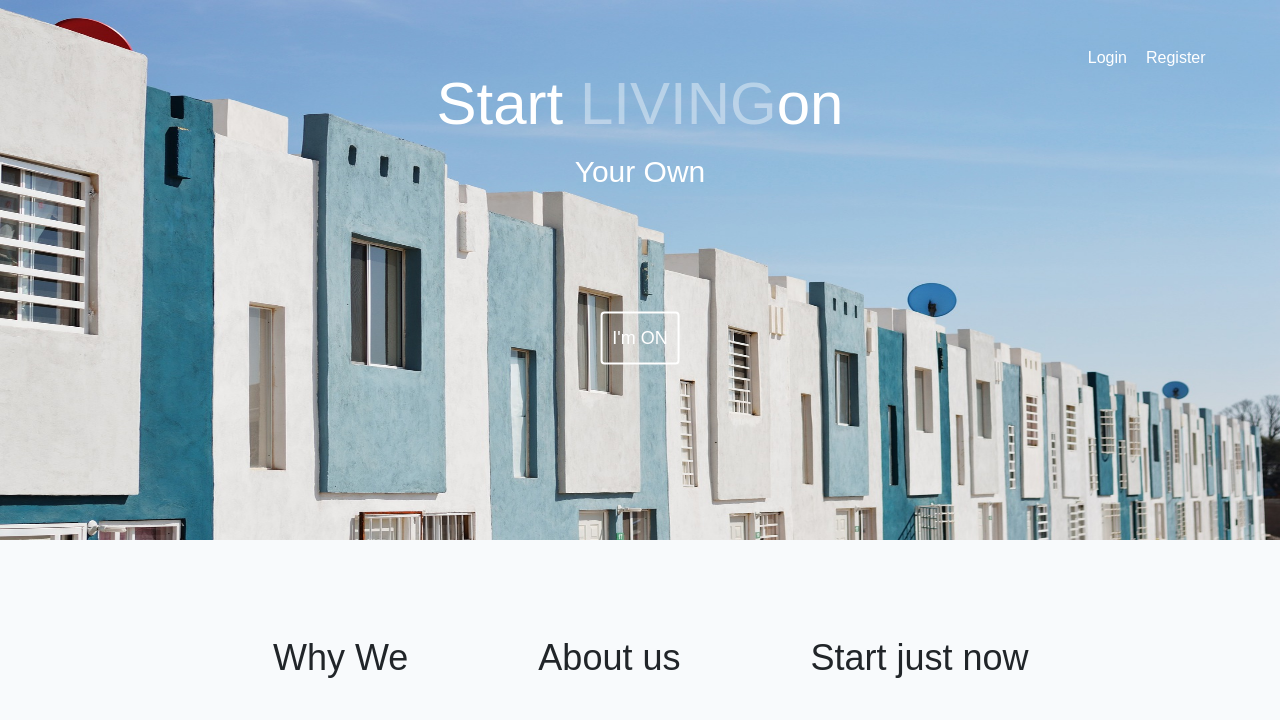
Repository: PatryxB/buildHouse
Page: http://localhost/
These files come from the project's save history. The page is drawn as it stood at one moment and after the next save; the edit follows.
The browser window is 1280 px wide. The pictures show the whole page.
Some web fonts or font styles are not loaded; a fallback is used. The page is served by the project's Laravel application, run on PHP 8.4 with Laravel 8. Style sheets and scripts are compiled from the project's sources, by tool versions that may differ from the author's.

Above is the page before, as saved 2020-04-30 20:41:13.

After the next save:
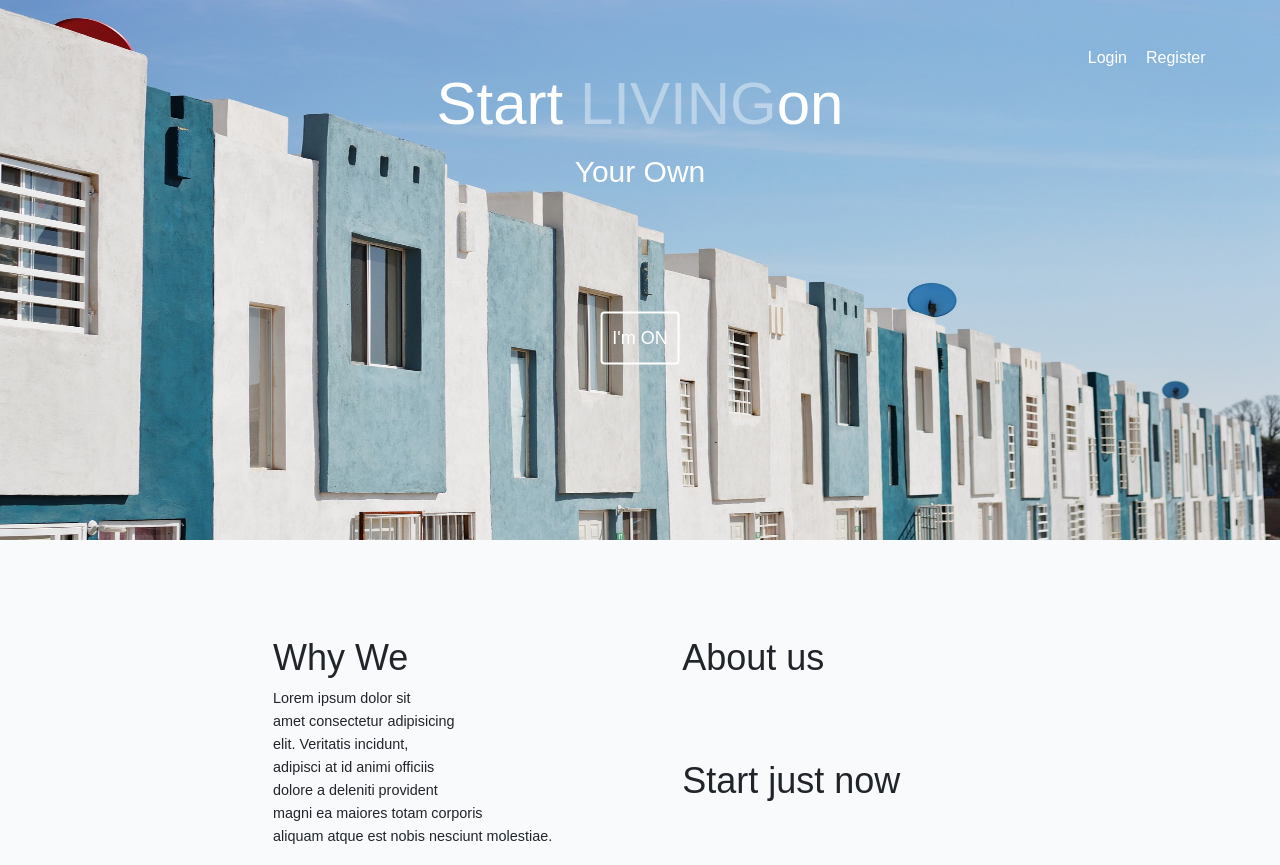
Saved 5 days later.
--- a/resources/views/welcome.blade.php
+++ b/resources/views/welcome.blade.php
@@ -28,7 +28,16 @@
         @section('content')
 
             <div class="container">
-                <div class="info"><h1>Why We</h1></div>
+                <div class="info">
+                    <h1>Why We</h1>
+                    <p>Lorem ipsum dolor sit <br>
+                    amet consectetur adipisicing <br>
+                    elit. Veritatis incidunt, <br>
+                    adipisci at id animi officiis <br>
+                    dolore a deleniti provident <br>
+                    magni ea maiores totam corporis <br>
+                    aliquam atque est nobis nesciunt molestiae.</p>
+                </div>
                 <div class="info"><h1>About us</h1></div>
                 <div class="info"><h1>Start just now</h1></div>
             </div>
